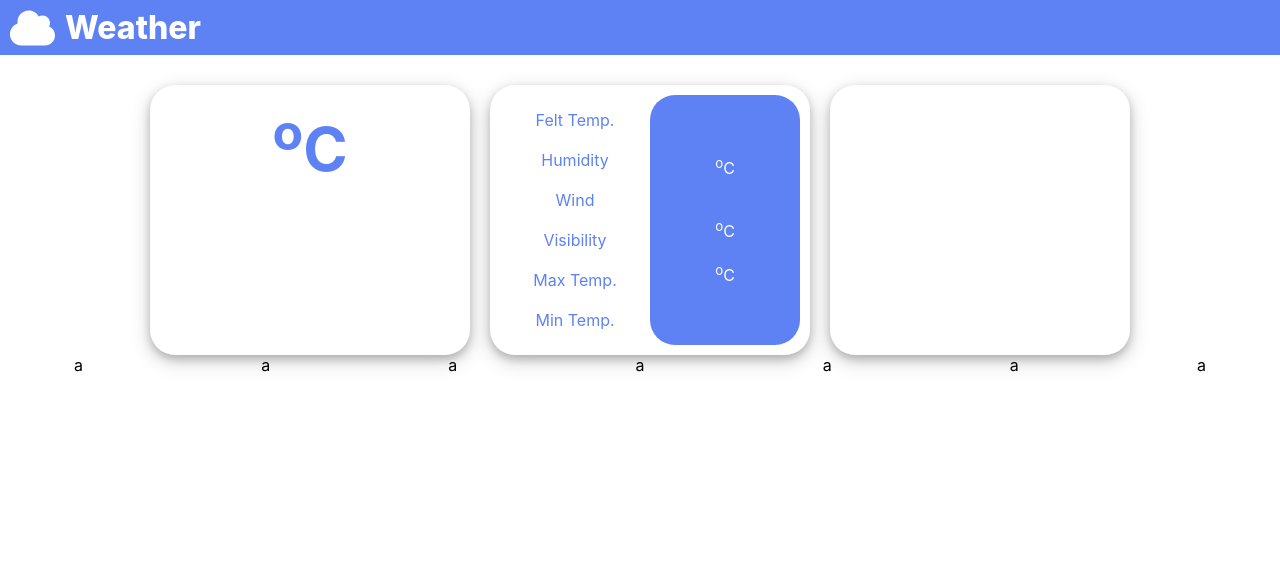
Repository: ahmedazawi/weather-app
Page: /
These files come from the project's save history. The page is drawn as it stood at one moment and after the next save; the edit follows.
The browser window is 1280 px wide. The pictures show the whole page.
The project was rebuilt for these pictures with package versions that can differ from the ones it lists, and the page was loaded fresh each time. Also part of the build but not shown: src/components/Map.js.

Above is the page before, as saved 2022-11-30 15:11:27.

### src/App.js
import React, { useState, useEffect } from "react";
import "./App.css";
import Header from "./layout/Header";
import Details from "./components/Details";

import Store from "./assets/data/Store";
function App() {
  return (
    <div className="App">
      <Header />
      <Store>
        <Details />
      </Store>
    </div>
  );
}

export default App;

### src/App.css
body {
  --primaryColor: #5e82f4;
  --borderRadius: 25px;
}

.nav {
  display: flex;
  align-items: center;
  height: 55px;
  background-color: var(--primaryColor);
}

### src/layout/Header.js
import React from "react";
import { FontAwesomeIcon } from "@fortawesome/react-fontawesome";
import { faCloud } from "@fortawesome/free-solid-svg-icons";
const Header = () => {
  return (
    <div className="nav">
      <div>
        <FontAwesomeIcon
          className="f-icon"
          icon={faCloud}
          color="White"
          style={{ marginLeft: "10px", fontSize: "40px" }}
        />
      </div>

      <h1 style={{ color: "white", marginLeft: "10px", fontWeight: "800" }}>
        Weather
      </h1>
    </div>
  );
};

export default Header;

### src/components/Details.js
import React, { useContext, useEffect } from "react";
import "../assets/css/details.css";
import { ContextApi } from "../assets/data/ContextApi";
import SevenDaysCards from "./SevenDaysCards";
import Map from "./Map";

const Details = () => {
  // const { weather, Loading } = useContext(ContextApi);
  // const [weatherValue, setWeatherValue] = weather;
  // const [LoadingValue, setLoadingValue] = Loading;

  // useEffect(() => {
  // console.log(weatherValue);
  // console.log(LoadingValue);
  // console.log(LocatedValue);
  // console.log(weatherValue.weather[0].main);
  // }, [weatherValue]);

  // if (LoadingValue) {
  //   return <div className="main">Loading...</div>;
  // }

  return (
    <div className="main">
      <div className="big-cards">
        <div>
          {/* <div>{weatherValue.location.city}</div> */}
          <div
            style={{
              fontSize: "60px",
            }}
          >
            {/* {weatherValue.current_observation.condition.temperature} */}
            <sup>o</sup>C
          </div>
          {/* <div>{weatherValue.current_observation.condition.text}</div> */}
        </div>
        <div>
          <div className="line-a">
            <span>Felt Temp.</span>
            <span>Humidity</span>
            <span>Wind</span>
            <span>Visibility</span>
            <span>Max Temp.</span>
            <span>Min Temp.</span>
          </div>
          <div className="line-b">
            <span>
              {/* {weatherValue.current_observation.condition.temperature - 0.7} */}
              <sup>o</sup>C
            </span>
            {/* <span>{weatherValue.current_observation.atmosphere.humidity}%</span> */}
            {/* <span> {weatherValue.current_observation.wind.speed} Km/h</span> */}
            <span>
              {/* {weatherValue.current_observation.atmosphere.visibility} Km */}
            </span>
            <span>
              {/* {weatherValue.forecasts[0].high} */}
              <sup>o</sup>C
            </span>
            <span>
              {/* {weatherValue.forecasts[0].low} */}
              <sup>o</sup>C
            </span>
          </div>
        </div>
        <div>{/* <Map city={weatherValue.location.city} /> */}</div>
      </div>

      <SevenDaysCards />
    </div>
  );
};

export default Details;

### src/assets/data/Store.js
import React, { useState, useEffect } from "react";
import { ContextApi } from "./ContextApi";
import { weatherAppAPI } from "./Api";
import axios from "axios";
function Store({ children }) {
  const [weather, setWeather] = useState([]);
  const [Loading, setLoading] = useState(true);
  const [lat, setLat] = useState();
  const [long, setLong] = useState();
  const [located, setLocated] = useState(false);
  const geolocationAPI = navigator.geolocation;
  const getUserCoordinates = () => {
    if (!geolocationAPI) {
      console.log("Geolocation API is not available in your browser!");
    } else {
      geolocationAPI.getCurrentPosition(
        (position) => {
          const { coords } = position;
          setLat(coords.latitude);
          setLong(coords.longitude);
          setLocated(true);
        },
        (error) => {
          console.log("Something went wrong getting your position!");
        }
      );
    }
  };

  useEffect(() => {
    // getUserCoordinates();
    if (located) {
      const options = {
        method: "GET",
        url: weatherAppAPI,
        params: { lat: lat, long: long, format: "json", u: "c" },
        headers: {
          "X-RapidAPI-Key":
            "863b7c6b72msh78facda9cbf0e03p10660djsn19089c27c69a",
          "X-RapidAPI-Host": "yahoo-weather5.p.rapidapi.com",
        },
      };

      axios
        .request(options)
        .then(function (response) {
          setWeather(response.data);
          setLoading(false);
          console.log(response.data);
        })
        .catch(function (error) {
          console.error(error);
        });
    }
  }, [located]);

  return (
    <ContextApi.Provider
      value={{
        weather: [weather, setWeather],
        Loading: [Loading, setLoading],
      }}
    >
      {children}
    </ContextApi.Provider>
  );
}
export default Store;

### src/assets/css/details.css
.main {
  width: 100%;
  display: flex;
  flex-direction: column;
  justify-content: space-between;
}

.big-cards {
  width: 100%;
  min-height: fit-content;
  display: flex;
  flex-direction: row;
  flex-wrap: wrap;
  gap: 20px;
  align-items: center;
  justify-content: center;
  margin-top: 30px;
  color: var(--primaryColor);
}
.big-cards > div {
  width: 300px;
  height: 250px;
  background-color: white;
  padding: 10px;
  border-radius: var(--borderRadius);
  box-shadow: 0 4px 8px 0 rgba(0, 0, 0, 0.2), 0 6px 20px 0 rgba(0, 0, 0, 0.19);
}
.big-cards > div:first-child {
  display: flex;
  flex-direction: column;
  align-items: center;
  justify-content: space-between;
}
.big-cards > div:first-child > div {
  font-size: 30px;
  font-weight: bold;
  margin: 7px 0;
}
.big-cards > div:nth-child(2) {
  display: flex;
  flex-direction: row;
  justify-content: space-between;
}
.big-cards > div:nth-child(2) > div {
  display: flex;
  flex-direction: column;
  align-items: center;
  justify-content: center;
  width: 50%;
}
.big-cards > div:nth-child(2) > div > span {
  margin: 10px 0;
}

.line-b {
  color: white;
  background-color: var(--primaryColor);
  border-radius: var(--borderRadius);
}

.big-cards > div:nth-child(3) {
  height: 270px;
  max-width: 340px;
  padding: 0;
  display: flex;
  align-items: center;
  justify-content: center;
  overflow: hidden;
}
.map {
  border: none;
}

### src/assets/data/ContextApi.js
import { createContext } from "react";
export const ContextApi = createContext();

### src/components/SevenDaysCards.js
import React from "react";
import "../assets/css/SevenDaysCards.css";
const SevenDaysCards = () => {
  return (
    <div className="small-cards">
      <div>a</div>
      <div>a</div>
      <div>a</div>
      <div>a</div>
      <div>a</div>
      <div>a</div>
      <div>a</div>
    </div>
  );
};

export default SevenDaysCards;

### src/assets/data/Api.js
export const weatherAppAPI = "https://fcc-weather-api.glitch.me/api/current";

export const googleMapAPI = "AIzaSyAq15HbfCRMW7RqNb5LUNyOLyfzpYI0wl4";

//https://pokeapi.co/api/v2/pokemon/4

//https://fcc-weather-api.glitch.me/api/current?lat=462&lon=41

//https://api.open-meteo.com/v1/forecast?latitude=${lat}&longitude=${long}&daily=temperature_2m_max,temperature_2m_min,rain_sum,windspeed_10m_max,windgusts_10m_max&timezone=auto

//https://yahoo-weather5.p.rapidapi.com/weather

### src/assets/css/SevenDaysCards.css
.small-cards {
  display: grid;
  grid-template-columns: repeat(7, 1fr);
  gap: 30px;
  align-items: center;
  width: 100%;
}
.small-cards > div {
  text-align: center;
}

Loaded but not shown: public/index.html (common file); src/index.js (common file); src/index.css (common file)

After the next save:
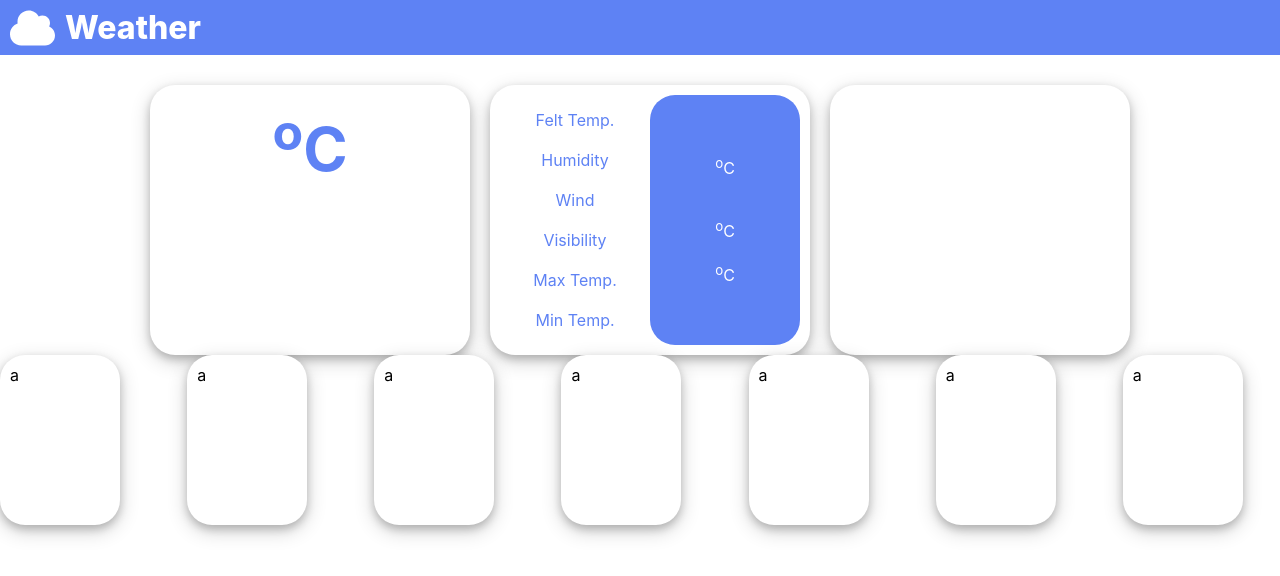
Saved 26 s later.
--- a/src/assets/css/SevenDaysCards.css
+++ b/src/assets/css/SevenDaysCards.css
@@ -6,5 +6,10 @@
   width: 100%;
 }
 .small-cards > div {
-  text-align: center;
+  width: 100px;
+  height: 150px;
+  background-color: white;
+  padding: 10px;
+  border-radius: var(--borderRadius);
+  box-shadow: 0 4px 8px 0 rgba(0, 0, 0, 0.2), 0 6px 20px 0 rgba(0, 0, 0, 0.19);
 }
